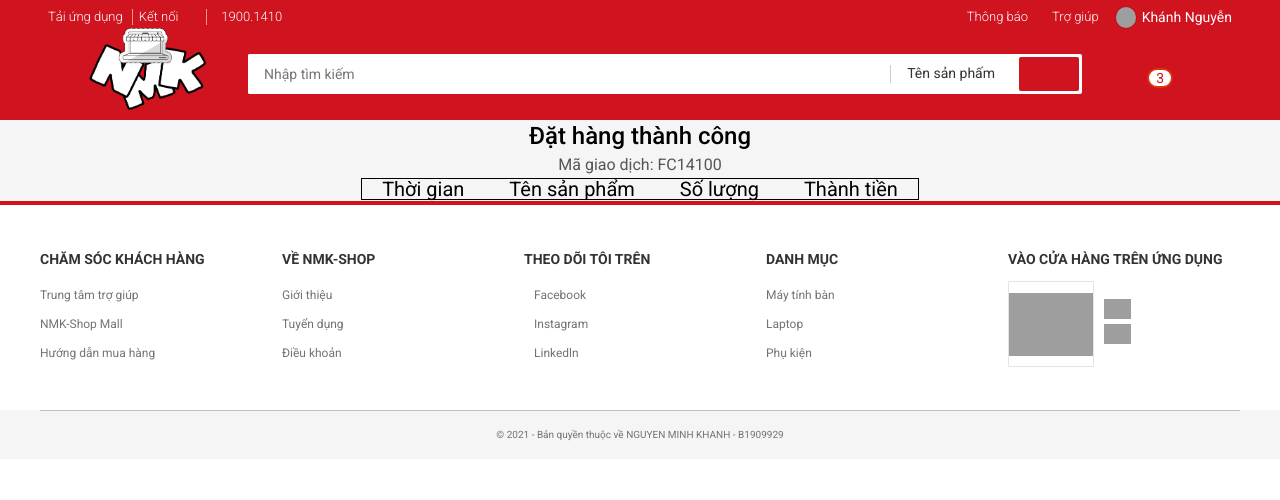
Repository: NguyenMinhKhanhB1909929/NMK-Shop
Page: orderedSuccess.html
An editor plug-in stored every save of this project. The page is shown before and after the next save, followed by the edit.
The browser window is 1280 px wide. The pictures show the whole page.
Pictures or frames that could not be fetched are drawn as grey boxes. Some icons come from a web library that is not loaded, so they are not drawn.

Above is the page before, as saved 2021-12-04 16:05:43.
Console error: TypeError: Cannot set properties of null (setting 'onclick')

After the next save:
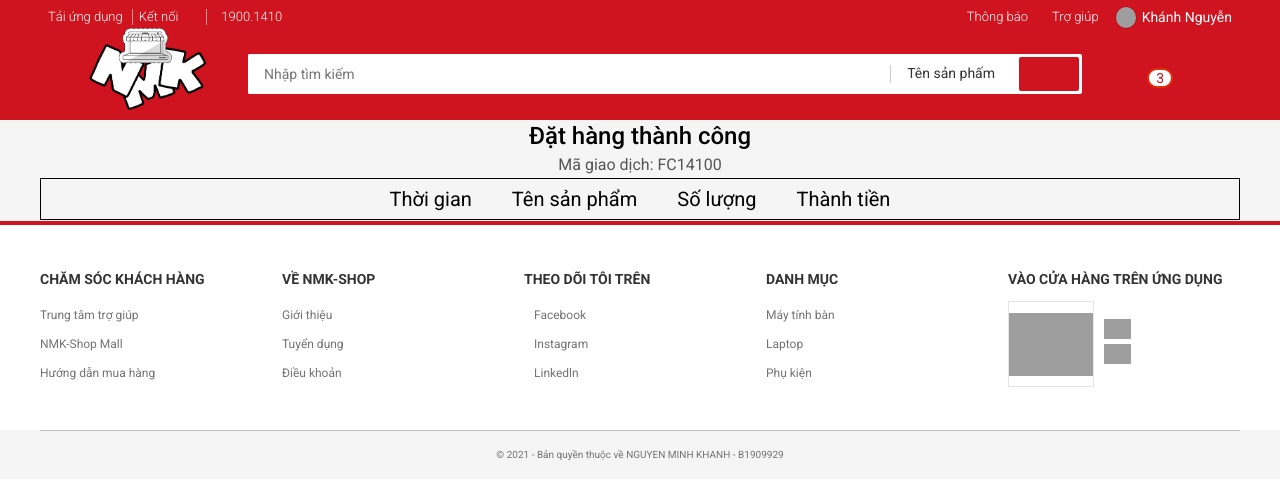
Saved 27 s later.
--- a/assets/css/orderSuccess.css
+++ b/assets/css/orderSuccess.css
@@ -20,11 +20,11 @@
   color: #555;
 }
 .ordered__success-table {
+}
+.ordered__success-table-title {
   display: flex;
   align-items: center;
   justify-content: center;
-}
-.ordered__success-table-title {
   font-size: 2rem;
   line-height: 2rem;
   border: 1px solid #000;
